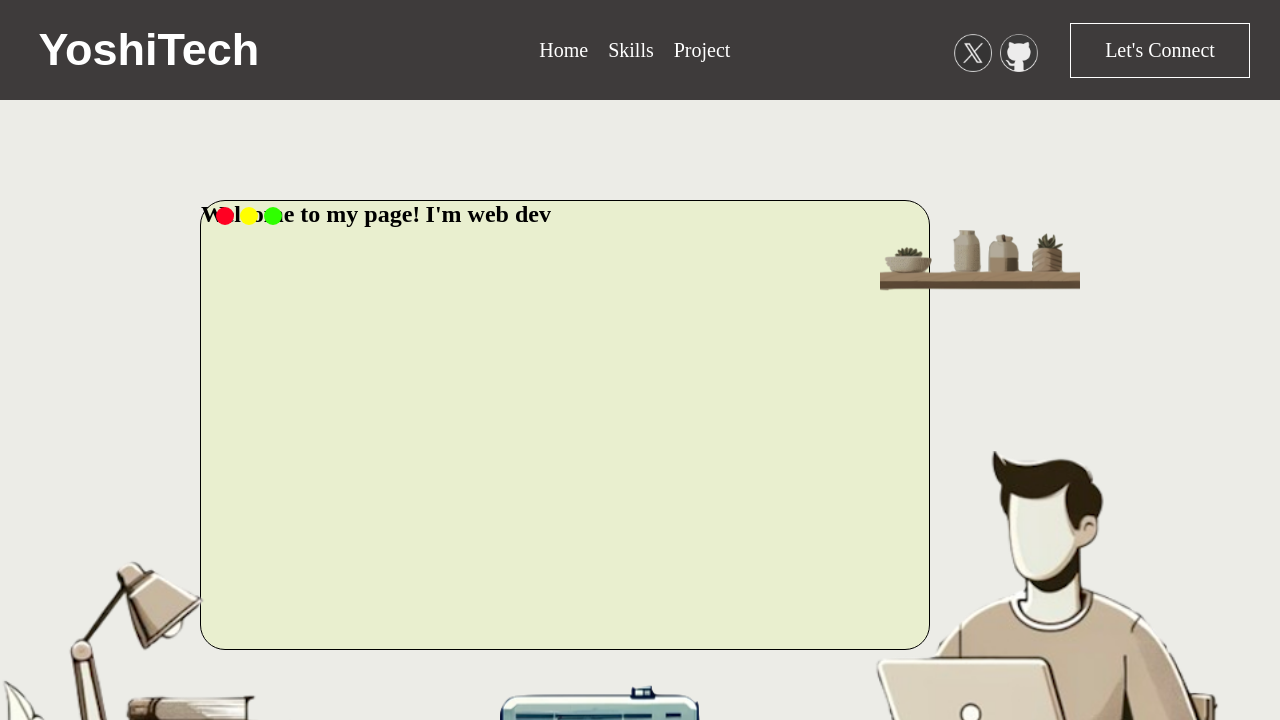
Repository: Yoshiki0418/My_Portfolio
Page: index.html
These files come from the project's save history. The page is drawn as it stood at one moment and after the next save; the edit follows.
The browser window is 1280 px wide. The pictures show the window.
A layer covers the whole window, so only the first screen is drawn.

Above is the page before, as saved 2024-01-06 13:54:44.

After the next save:
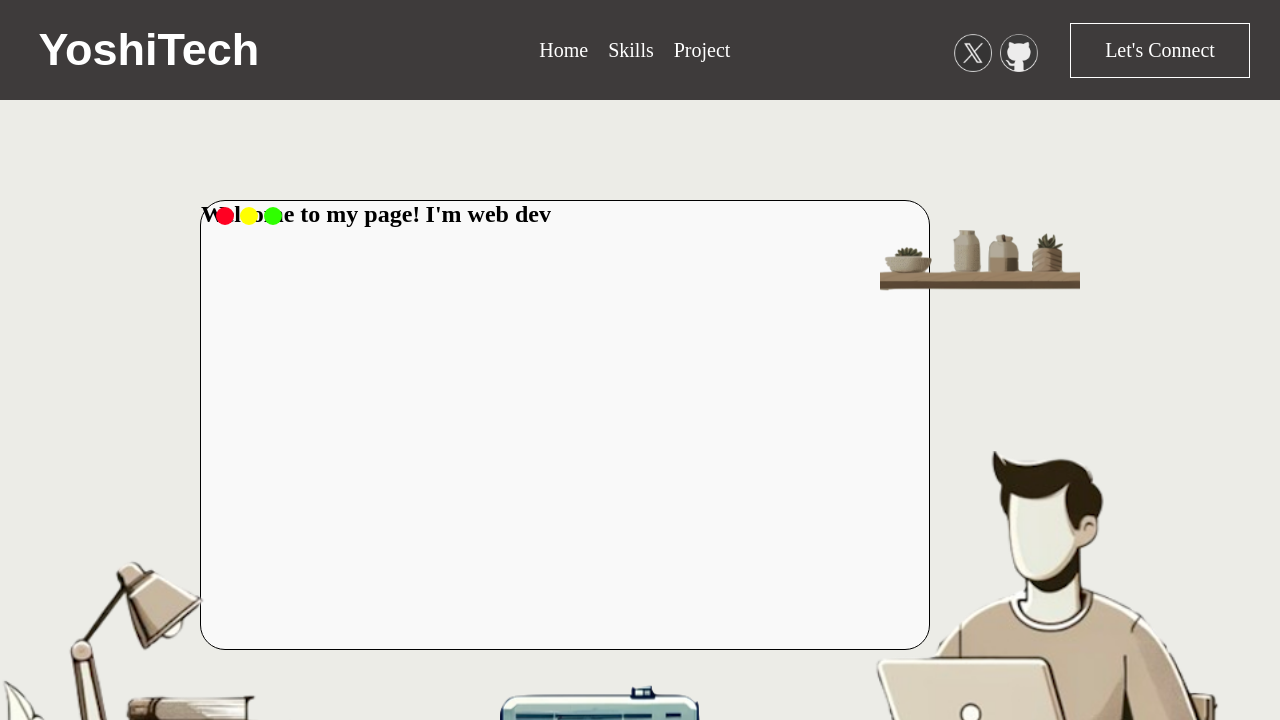
Saved 3 min 40 s later.
--- a/style.css
+++ b/style.css
@@ -73,7 +73,7 @@
 }
 
 .monitor_container{
-    background-color: #E9EFCF;
+    background-color: #F9F9F9;
     width: 730px;
     height: 450px;
     margin-left: 200px;
